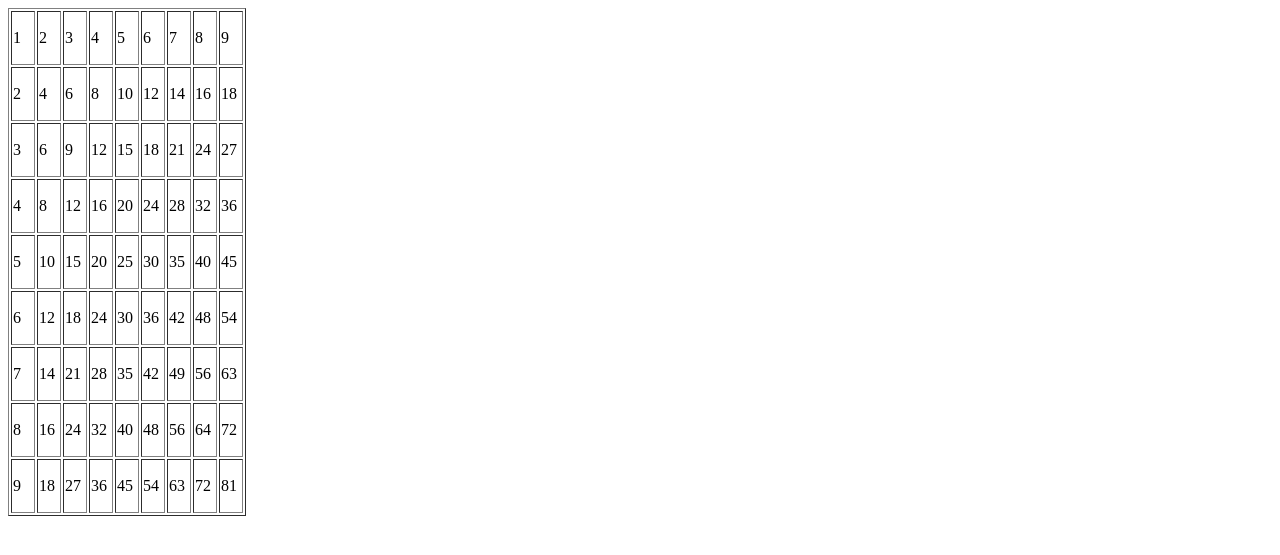
Repository: cshm225/jsplesson
Page: http://localhost/Fortune/nine.jsp
The author's editor kept a copy of each file at every save. The page is drawn from the files as they stood at one save, then again after the next save.
The browser window is 1280 px wide. The pictures show the whole page.
The page is served by Tomcat 9. Other server files are loaded and not shown.

Above is the page before, as saved 2022-05-23 05:03:13.

### Fortune/WebContent/nine.jsp
<%@ page language="java" contentType="text/html; charset=UTF-8"
	pageEncoding="UTF-8"%>
<!DOCTYPE html>
<html>
<head>
<meta charset="UTF-8">
<title>Insert title here</title>
</head>
<body>
	<table border="1">
		<%
		for (int i = 1; i < 10; i++) {
		%>
		<tr>
			<%
			for (int j = 1; j < 10; j++) {
			%>
			<td width=20px>
				<p text-align=center><%
				out.print(i * j);
				%></p>
			</td>
			<%
			}
			%>
		</tr>
		<%
		}
		%>
	</table>
</body>
</html>

After the next save:
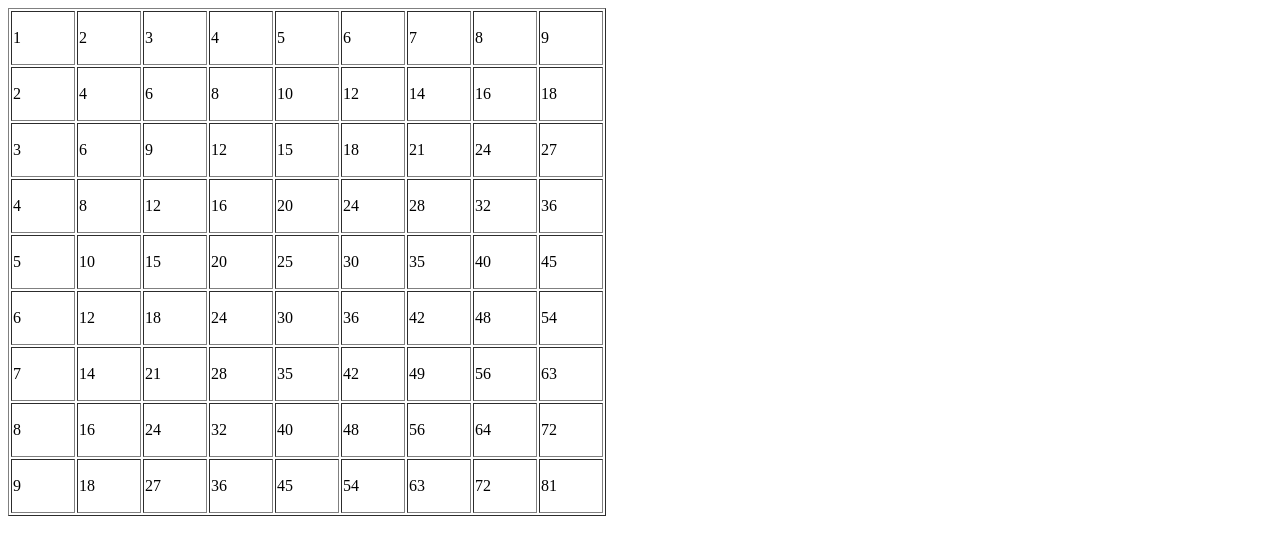
Saved 84 s later.
--- a/Fortune/WebContent/nine.jsp
+++ b/Fortune/WebContent/nine.jsp
@@ -15,7 +15,7 @@
 			<%
 			for (int j = 1; j < 10; j++) {
 			%>
-			<td width=20px>
+			<td width=60px>
 				<p text-align=center><%
 				out.print(i * j);
 				%></p>
